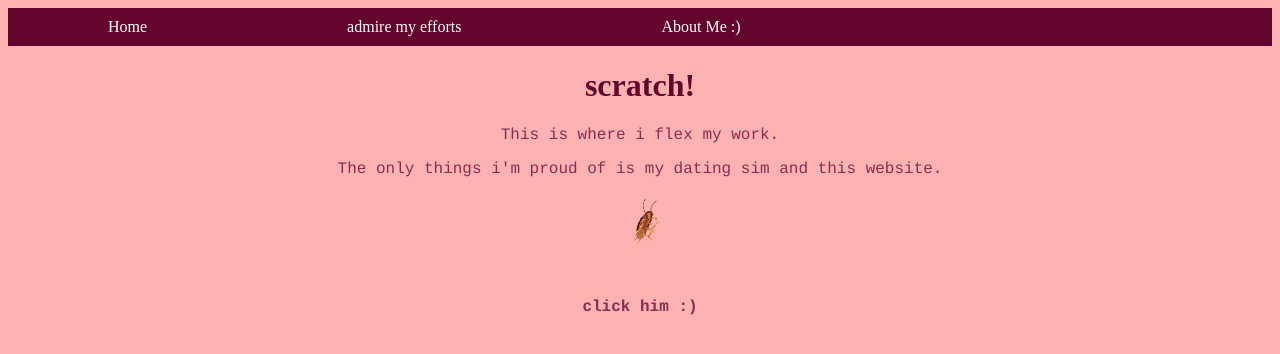
Repository: ycano1934/ycano1934.github.io
Page: my_website/portfolio.html
The author's editor kept a record of every edit. The page is drawn from the files as they stood at one moment, then again after the next edit.
The browser window is 1280 px wide. The pictures show the whole page.

Above is the page before.

After the next edit:
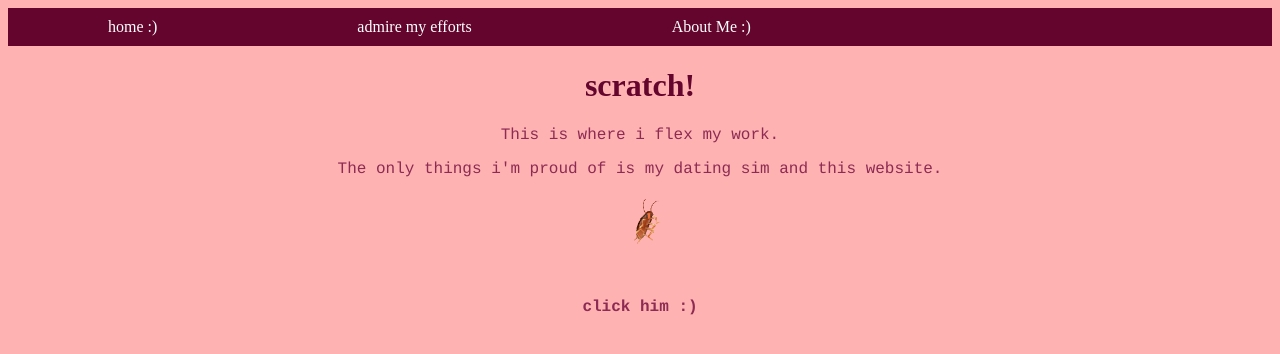
The edit:
--- a/my_website/portfolio.html
+++ b/my_website/portfolio.html
@@ -62,7 +62,7 @@
 	 <body>
 
         <ul>
-    <li><a href="index.html">Home</a></li>
+    <li><a href="index.html">home :)</a></li>
     <li><a href="portfolio.html">admire my efforts</a></li>
     <li><a href="about.html">About Me :)</a></li>
         </ul>
